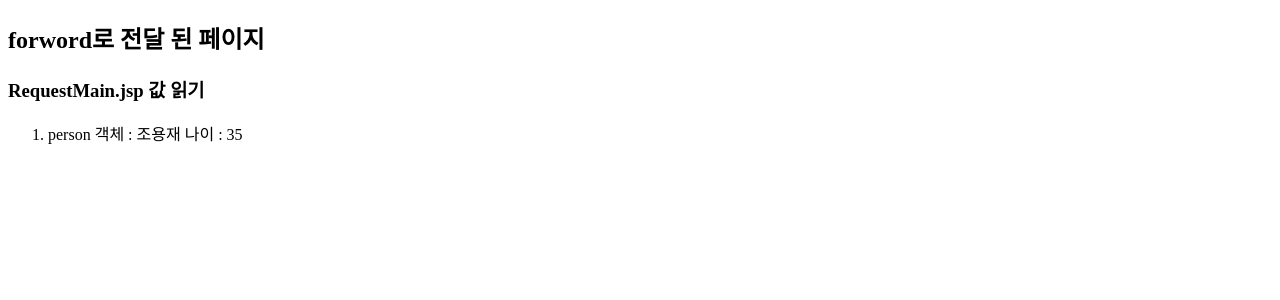
Repository: AHJ2616/Java
Page: http://localhost/board-jsp/03Scope/RequestMain.jsp
An editor plug-in stored every save of this project. The page is shown before and after the next save, followed by the edit.
The browser window is 1280 px wide. The pictures show the whole page.
The page is served by Tomcat 9. Other server files are loaded and not shown.

Above is the page before, as saved 2024-07-23 06:40:06.

### jsp_workspace/board-jsp/src/main/webapp/03Scope/RequestMain.jsp
<%@page import="common.Person"%>
<%@ page language="java" contentType="text/html; charset=UTF-8"
    pageEncoding="UTF-8"%>
    <%
    request.setAttribute("reqString","안희준");
    request.setAttribute("reqPerson", new Person("조용재",35));

    %>
<!DOCTYPE html>
<html>
<head>
<meta charset="UTF-8">
<title>RequestMain.jsp : Request영역은 요청,처리 페이지에서 값이 유지된다. </title>
</head>
<body>
<h2>request 영역 값 삭제하기</h2>

<% request.removeAttribute("reqString");
	//removeAttribute("값") 의 값이 없어도 오류가 안뜨고 넘어간다.
%>
<br><h2>request 영역 값 출력하기</h2>
<% String requestString = (String) request.getAttribute("reqString");
Person person = (Person) request.getAttribute("reqPerson");

%>

<ol>
<li>String 객체 : <%=requestString %></li>
<li>Person 객체 :<%=person.getName() %>의 나이 : <%=person.getAge() %></li>
</ol>

<h2> 포워드 된 페이지에서 request 값 읽기</h2>
<%
	request.getRequestDispatcher("RequestForword.jsp?kor=한글%eng=english").forward(request, response);
	// request.getRequestDispatcher 실행되자마자 바로 페이지를 해당 url로 넘겨버린다.
%>

</body>
</html>

### jsp_workspace/board-jsp/src/main/webapp/03Scope/RequestForword.jsp
<%@page import="common.Person"%>
<%@ page language="java" contentType="text/html; charset=UTF-8"
    pageEncoding="UTF-8"%>
<!DOCTYPE html>
<html>
<head>
<meta charset="UTF-8">
<title>RequestForword.jsp : forword는 request가 넘어오는 jsp</title>
</head>
<body>
<h2>forword로 전달 된 페이지</h2>
<h3>RequestMain.jsp 값 읽기</h3>
<%
Person person = (Person) request.getAttribute("reqPerson");
%>

<ol>
<li>person 객체 : <%=person.getName() %> 나이 : <%=person.getAge() %></li>


</ol>
</body>
</html>

### jsp_workspace/board-jsp/src/main/java/common/Person.java
package common;

public class Person {
	// JavaBeans 규약

	private String name;
	private int age;

	//기본 생성자
	public Person() {}



	//커스텀 생성자
	public Person(String name, int age) {
		this.name = name;
		this.age = age;
	}

	// getter&setter method
	public String getName() {
		return name;
	}
	public int getAge() {
		return age;
	}
	public void setName(String name) {
		this.name = name;
	}
	public void setAge(int age) {
		this.age = age;
	}
}//class end

After the next save:
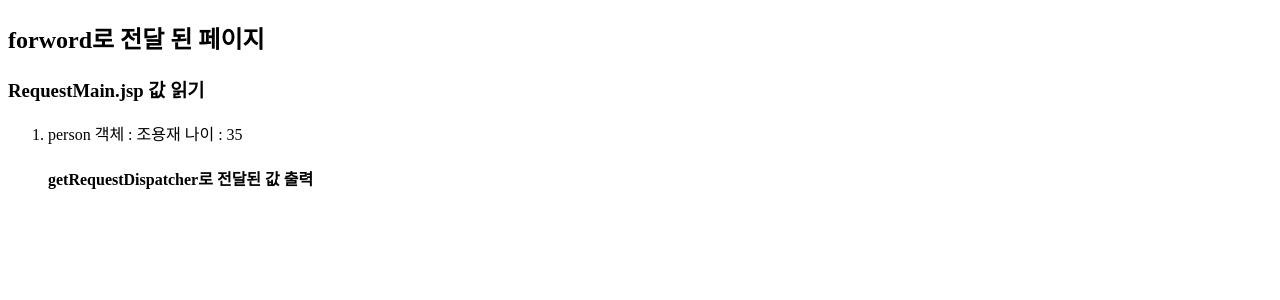
Saved 2 min 26 s later.
--- a/jsp_workspace/board-jsp/src/main/webapp/03Scope/RequestForword.jsp
+++ b/jsp_workspace/board-jsp/src/main/webapp/03Scope/RequestForword.jsp
@@ -17,6 +17,11 @@ Person person = (Person) request.getAttribute("reqPerson");
 <ol>
 <li>person 객체 : <%=person.getName() %> 나이 : <%=person.getAge() %></li>
 
+<h4>getRequestDispatcher로 전달된 값 출력</h4>
+<%
+request.setCharacterEncoding("utf-8"); // post method의 한글처리용
+request.getParameter("han");
+%>
 
 </ol>
 </body>
